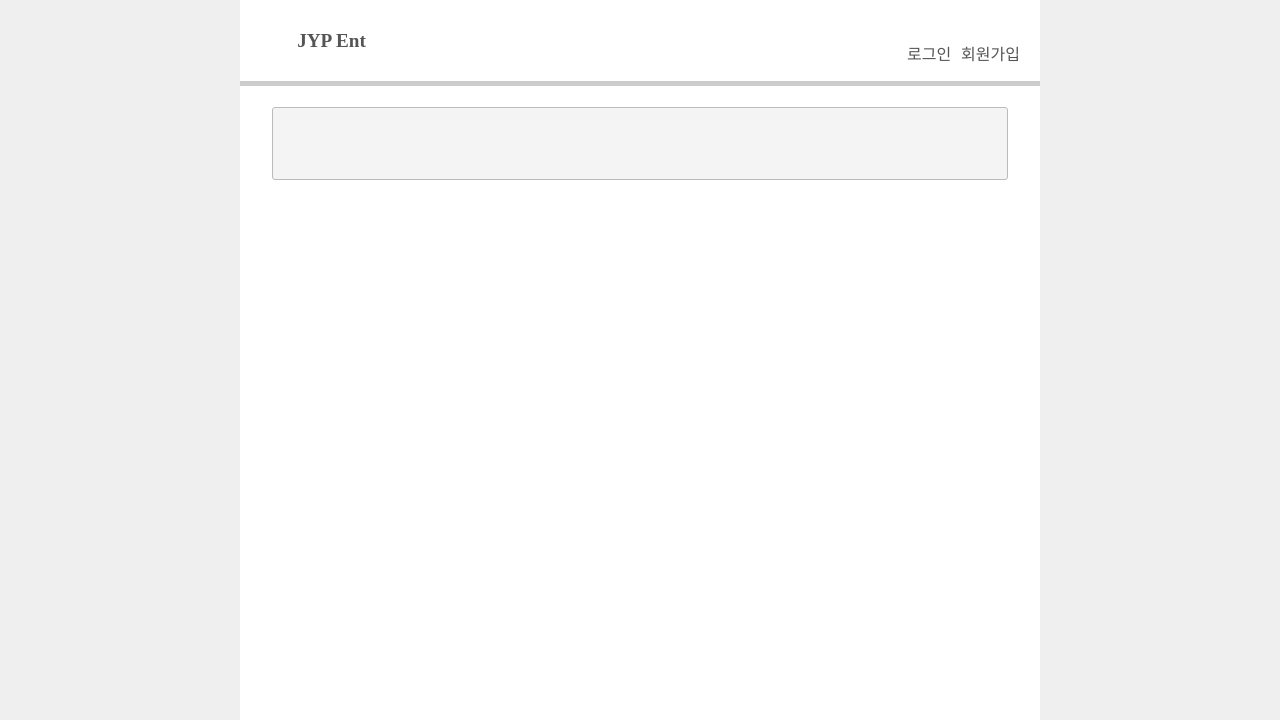
Repository: junyong231/JSP-SSIT
Page: http://localhost/jspPro/days02/ex02.jsp
An editor plug-in stored every save of this project. The page is shown before and after the next save, followed by the edit.
The browser window is 1280 px wide. The pictures show the whole page.
Some web fonts or font styles are not loaded; a fallback is used. The page is served by Tomcat 9. Other server files are loaded and not shown.

Above is the page before, as saved 2024-10-16 05:43:04.

### jspPro/src/main/webapp/days02/ex02.jsp
<%@ page contentType="text/html; charset=UTF-8" pageEncoding="UTF-8"%>
<!DOCTYPE html>
<html>
<head>
<meta charset="UTF-8">
<title>Insert title here</title>
<link rel="shortcut icon" type="image/x-icon" href="http://localhost/jspPro/images/SiSt.ico">
<script src="https://ajax.googleapis.com/ajax/libs/jquery/3.7.1/jquery.min.js"></script>
<meta name="viewport" content="width=device-width, initial-scale=1.0">
<meta name="google" content="notranslate">
<link rel="stylesheet" href="http://localhost/jspPro/resources/cdn-main/example.css">
<script src="http://localhost/jspPro/resources/cdn-main/example.js"></script>
<style>
 span.material-symbols-outlined{
    vertical-align: text-bottom;
 }
</style>
</head>
<body>
<header>
  <h1 class="main"><a href="#" style="position: absolute;top:30px;">JYP Ent</a></h1>
  <ul>
    <li><a href="#">로그인</a></li>
    <li><a href="#">회원가입</a></li>
  </ul>
</header>
<div>
  <xmp class="code">

  </xmp>
</div>
</body>
</html>

### jspPro/src/main/webapp/resources/cdn-main/example.css
@charset "UTF-8";

@import url('https://fonts.googleapis.com/css2?family=Material+Symbols+Outlined:opsz,wght,FILL,GRAD@20..48,100..700,0..1,-50..200');

@font-face {
    font-family: 'GmarketSansMedium';
    src: url('https://cdn.jsdelivr.net/gh/projectnoonnu/noonfonts_2001@1.1/GmarketSansMedium.woff') format('woff');
    font-weight: normal;
    font-style: normal;
}

:root {
	--text-color: #555;
	--sub-text-color: #777;
	--back-color: #EFEFEF;
	--header-color: #444;
	--primary-color: #DEDEDE;
	--secondary-color: #EFEFEF;
	--default-width: 800px;
	--narrow-width: 500px;
	--wide-width: 1200px;
	--text-font: 'GmarketSansMedium';
	--icon-font: 'Material Symbols Outlined';
	--border-color: #CCC;
}

html, body {
	margin: 0;
	padding: 0;
}

html {
	background-color: var(--back-color);
	display: flex;
	justify-content: center;
	min-height: 100vh;
}

body, body.default {
	width: var(--default-width);
	background-color: white;
	padding-bottom: 120px;
}

body.wide {
	width: var(--wide-width);
}

body.narrow {
	width: var(--narrow-width);
}



body, p, div, span, a, input, select, option, textarea, button, table, th, td, label, fieldset, legend {
	font-family: var(--text-font);
	color: var(--text-color);
}

h1, h2, h3 {
	font-family: var(--text-font);
	color: var(--header-color);
	padding: 0 1rem;
	padding-top: .5rem;
}

div > h1, div > h2, div > h3 {
	padding: 0;
}

body > div, body > main > div {
	padding: 0.3rem 1rem;
}


h1 { font-size: 2rem; border-bottom: 1px solid var(--border-color); }
h1 small { font-size: 1.2rem; color: var(--sub-text-color); }
h2 { font-size: 1.5rem; border-bottom: 1px dashed var(--border-color); }
h2 small { font-size: 1.1rem; color: --sub-text-color; }
h3 { font-size: 1.2rem; }
h3 small { font-size: 1rem; color: --sub-text-color; }



h1.main::before {
	font-family: var(--icon-font);
  	content: '\e666';
  	margin-right: 10px;
  	float: left;
	font-size: 2.5rem;
}

h1.sub::before {
	font-family: var(--icon-font);
  	content: '\ea19';
  	margin-right: 10px;
  	float: left;
	font-size: 2.5rem;
}


h1.page::before {
	font-family: var(--icon-font);
  	content: '\e0e0';
  	margin-right: 10px;
  	float: left;
	font-size: 2.5rem;
}

body > header > ul > li > .active{
	background-color: #FFF;
	color:#F00;
}

body > header {
	display: flex;
	justify-content: space-between;
	border-bottom: 5px solid var(--border-color);
	min-height: 74px;
	background-color: #FFF;
}

body > header.sticky {
	position: sticky;
	top: 0;
	z-index: 98;
}

body > header > h1 {
	font-size: 1.2rem;
	border: 0;
}

body > header.in > h1::before {
	font-family: var(--icon-font);
  	content: '\e332‥';
  	margin-right: 3px;
  	float: left;
	font-size: 2rem;
}


body > header > ul {
	list-style-type: none;
	display: flex;
	align-items: flex-end;
	margin-right: 10px;
}

body > header > ul > li {
	margin-right: 10px;
	cursor: pointer;
}

body > header > ul > li > a {
	cursor: pointer;
}


form {
	display: block;
}

form > div {
	padding: 0.3rem 1rem;
}

div > form > div {
	padding: 0.3rem 0;
}

input, textarea, button, select {
	border: 1px solid #BBB;
	border-radius: 3px;
	outline: none;
	resize: none;
	padding: 7px;
	margin: 0;
}

input[type=text]:read-only, textarea:read-only {
	cursor: not-allowed;
	background-color: #FFF;
}

input[type=text]:disabled, textarea:disabled {
	cursor: not-allowed;
	background-color: #EEE;
}

input[type=text], input[type=password], textarea, button, select {
	/* width: 300px; */
}

textarea {
	display: block;
	height: 100px;
}

input[type=button], input[type=submit], button {
	/* width: inherit; */
}

input.short, textarea.short, button.short, select.short {
	width: 100px;
}

input.long, textarea.long, button.long, select.long {
	width: 350px;
}

.narrow input.long, .narrow textarea.long, .narrow button.long, .narrow select.long {
	width: calc(100% - 20px);
}

input.full, textarea.full, button.full, select.full {
	width: calc(100% - 20px);
}

textarea.short {
	height: 50px;
}

textarea.long {
	height: 100px;
}

textarea.full {
	height: 200px;
}

input, textarea {
	padding-top: 8px;
}

input[type=button], input[type=submit], button {
	padding: 5px 10px;
	background-color: var(--secondary-color);
	cursor: pointer;
	min-height: 36px;
}

input[type=button].primary, input[type=submit].primary, button.primary {
	/* background-color: rgba(100, 149, 237, .2); */
	background-color: var(--primary-color);
}

input[type=button].primary:hover, input[type=submit].primary:hover, button.primary:hover {
	/* background-color: rgba(100, 149, 237, .3); */
	background-color: var(--secondary-color);
}

input[type=button]:hover, input[type=submit]:hover, button:hover {
	background-color: var(--primary-color);
}

button {
	position: relative;
	left: 0;
	top: 0;
	padding-left: 35px;
}

button .material-symbols-outlined {
	position: absolute;
	left: 10px;
	top: 4px;
}

/* k2nik add */
button.login::before {
	font-family: var(--icon-font);
  	content: '\ea77';
	position: absolute;
	left: 11px;
	top: 4px;
	font-size: 1.25rem;
}

/* k2nik logout */
button.logout::before {
	font-family: var(--icon-font);
  	content: '\e9ba';
	position: absolute;
	left: 11px;
	top: 4px;
	font-size: 1.25rem;
}

/* k2nik help */
button.help::before {
	font-family: var(--icon-font);
  	content: '\f1c0';
	position: absolute;
	left: 11px;
	top: 4px;
	font-size: 1.25rem;
}

button.add::before{
	font-family: var(--icon-font);
  	content: '\e746';
	position: absolute;
	left: 11px;
	top: 4px;
	font-size: 1.25rem;
}

button.back::before {
	font-family: var(--icon-font);
  	content: '\e166';
	position: absolute;
	left: 11px;
	top: 4px;
	font-size: 1.25rem;
}

button.list::before {
	font-family: var(--icon-font);
  	content: '\e0ee';
	position: absolute;
	left: 11px;
	top: 4px;
	font-size: 1.25rem;
}


button.del::before {
	font-family: var(--icon-font);
  	content: '\e872';
	position: absolute;
	left: 11px;
	top: 4px;
	font-size: 1.25rem;
}


button.edit::before {
	font-family: var(--icon-font);
  	content: '\e745';
	position: absolute;
	left: 11px;
	top: 4px;
	font-size: 1.25rem;
}


button.login::before {
	font-family: var(--icon-font);
  	content: '\ea77';
	position: absolute;
	left: 11px;
	top: 4px;
	font-size: 1.25rem;
}


button.logout::before {
	font-family: var(--icon-font);
  	content: '\e9ba';
	position: absolute;
	left: 11px;
	top: 4px;
	font-size: 1.25rem;
}


button.in::before {
	font-family: var(--icon-font);
  	content: '\f71a';
	position: absolute;
	left: 11px;
	top: 4px;
	font-size: 1.25rem;
}


button.out::before {
	font-family: var(--icon-font);
  	content: '\f70e';
	position: absolute;
	left: 11px;
	top: 4px;
	font-size: 1.25rem;
}


button.reply::before {
	font-family: var(--icon-font);
  	content: '\e15e';
	position: absolute;
	left: 11px;
	top: 4px;
	font-size: 1.25rem;
}


button.comment::before {
	font-family: var(--icon-font);
  	content: '\e0b9';
	position: absolute;
	left: 11px;
	top: 4px;
	font-size: 1.25rem;
}


button.modal::before {
	font-family: var(--icon-font);
  	content: '\e89e';
	position: absolute;
	left: 11px;
	top: 4px;
	font-size: 1.25rem;
}


button.ok::before {
	font-family: var(--icon-font);
  	content: '\e86c';
	position: absolute;
	left: 11px;
	top: 4px;
	font-size: 1.25rem;
}


button.cancel::before {
	font-family: var(--icon-font);
  	content: '\e5c9';
	position: absolute;
	left: 11px;
	top: 4px;
	font-size: 1.25rem;
}

button.search::before {
	font-family: var(--icon-font);
  	content: '\e8b6';
	position: absolute;
	left: 11px;
	top: 4px;
	font-size: 1.25rem;
}

button.home::before {
	font-family: var(--icon-font);
  	content: '\e88a';
	position: absolute;
	left: 11px;
	top: 4px;
	font-size: 1.25rem;
}


button.sidebar::before {
	font-family: var(--icon-font);
  	content: '\f7e4';
	position: absolute;
	left: 11px;
	top: 4px;
	font-size: 1.25rem;
}


button.sidebar-right::before {
	font-family: var(--icon-font);
  	content: '\f7e5';
	position: absolute;
	left: 11px;
	top: 4px;
	font-size: 1.25rem;
}




button::before {
	font-family: var(--icon-font);
  	content: '\e323';
	position: absolute;
	left: 11px;
	top: 4px;
	font-size: 1.25rem;
}


table {
	border-collapse: collapse;
	margin: 1rem;
	box-sizing: border-box;
	width: calc(100% - 32px);
}

table.content {
	width: auto;
}

div > table {
	margin: 0;
}

table th, table td {
	border: 1px solid var(--border-color);
	padding: 7px;
	font-weight: normal;
}

table th {
	background-color: var(--back-color);
}

table.vertical th {
	width: 150px;
}

table.vertical td {
	width: calc(100% - 182px);
	padding-left: 10px;
}

table.content td, table.content th {
	width: auto;
}

body.narrow table.vertical th {
	width: 100px;
}

body.narrow table.vertical td {
	width: calc(100% - 182px);
}


table + table {
	margin-top: 30px;
}


p {
	padding: 0 1rem;
}

a {
	text-decoration: none;
}

a:hover {
	color: rgba(255, 99, 71, .7);
}

hr {
	border: 0;
	border-top: 1px solid var(--border-color);
	margin: 2rem 0;
}

.message {
	border: 1px solid var(--border-color);
	background-color: #EFEFEF;
	margin: 1rem;
	width: auto;
	padding-top: 10px;
	padding-bottom: 10px;
	font-size: 14px;
}

.message[title]::before {
	content: attr(title);
	display: block;
	border-bottom: 1px solid var(--border-color);
	padding-bottom: 5px;
	margin-bottom: 10px;
	margin-top: 7px;
}

.message.short {
	max-width: 250px;
}

.message.long {
	max-width: 500px;
}

.badge {
	float: right;
	font-size: .8rem;
	margin-top: 2px;
	margin-right: 2px;
	text-shadow: 0 0 7px gray;
}

.badge.left {
	float: none;
	margin-left: 2px;
}

.badge.right {
	float: right;
}

.badge.red {
	border-radius: 50%;
	padding: 2px 5px;
	background-color: rgb(255, 99, 71, .3);
}

.badge.yellow {

	border-radius: 50%;
	padding: 2px 5px;
	background-color: rgb(255, 215, 0, .5);
}

.badge.blue {
	border-radius: 50%;
	padding: 2px 5px;
	background-color: rgb(100, 149, 237, .3);
}

label + label {
	margin-left: 7px;
}

label input[type=checkbox], label input[type=radio] {
	transform: translate(0, 1px);
}

.group {
	display: flex;
}

.modal-content .group {
	margin-bottom: .5rem;
}

.group label {
	border: 1px solid #BBB;
	border-radius: 3px;
	outline: none;
	resize: none;
	padding: 7px 14px;
	margin: 0;
	border-top-right-radius: 0;
	border-bottom-right-radius: 0;
	background-color: #EFEFEF;
	white-space: nowrap;
	font-size: 14px;
}

.group input[type=text] {
	margin-left: -1px;
	border-top-left-radius: 0;
	border-bottom-left-radius: 0;
}

.group select {
	margin-left: -1px;
	border-top-left-radius: 0;
	border-bottom-left-radius: 0;
}

.group input.full[type=text] {
	margin-left: -1px;
	border-top-left-radius: 0;
	border-bottom-left-radius: 0;
	width: 100%;
}

.group input[type=button]:first-child, .group button:first-child {
	border-top-left-radius: 3px;
	border-bottom-left-radius: 3px;
	margin-left: 0px;
}

.group input[type=button], .group button {
	border-radius: 0;
	margin-left: -1px;
}

.group input[type=button]:last-child, .group button:last-child {
	margin-left: -1px;
	border-top-right-radius: 3px;
	border-bottom-right-radius: 3px;
}

.seperate {
	display: flex;
	justify-content: space-between;
}

div.list {
	width: max-content;
	margin: 1rem;
	border: 1px solid #BBB;
	border-radius: 3px;
	padding: 0;
}

div.list.full {
	width: auto;
	display: block;
	margin: 1rem;
	border: 1px solid #BBB;
	border-radius: 3px;
	padding: 0;
}

div.list > div {
	padding: .5rem 1rem;
	margin: 0;
	border-bottom: 1px solid #BBB;
}

div.list > div:last-child {
	border-bottom: 0;
}

pre.code , xmp.code{
	font-family: consols;
	background-color: rgba(150, 150, 150, .1);
	border: 1px solid #BBB;
	border-radius: 3px;
	padding: .5rem 1rem;
	padding-bottom: .6rem;
	margin: 1rem;
}




*[data-modal-window] {
	position: fixed;
	background-color: rgba(0, 0, 0, .3);
	left: 0;
	top: 0;
	display: none;
	justify-content: center;
	align-items: flex-start;
	width: 100%;
	min-height: 100vh;
	z-index: 100;
	opacity: 0;
	transition: 500ms all;
}

*[data-modal-window] .modal-container {
	border-radius: 5px;
	padding: 1rem;
	padding-bottom: .5rem;
	margin-top: -500px;
	opacity: 0;
	width: 500px;
	background-color: #FFF;
	margin-right: 2rem;
	transition: 500ms all;
}

*[data-modal-size=content] .modal-container {
	width: auto;
}

*[data-modal-size=narrow] .modal-container {
	width: 300px;
}

*[data-modal-size=wide] .modal-container {
	width: 760px;
}


*[data-modal-window] .modal-header {
	border-bottom: 1px solid var(--border-color);
	padding: 2px 5px;
}

*[data-modal-window] .modal-content {
	padding: 1rem 5px;
}

*[data-modal-window] .modal-content div:last-child {
	margin-top: 1rem;
	text-align: right;
}



*[data-sidebar-window] {
	position: fixed;
	background-color: #FFF;
	left: 0;
	top: 0;
	display: block;
	width: 300px;
	border-right: 1px solid var(--border-color);
	box-sizing: border-box;
	box-shadow: 0 0 3px var(--back-color);
	min-height: 100vh;
	z-index: 99;
	transform: translate(-300px, 0);
	transition-duration: 500ms;
	transition-property: transform;
}

*[data-sidebar-direction=right] {
	left: auto;
	right: 0;
	transform: translate(300px, 0);
	border-left: 1px solid var(--border-color);
}

*[data-sidebar-size=wide] {
	width: 500px;
	transform: translate(-500px, 0);
}

*[data-sidebar-window] .sidebar-title {
	border-bottom: 1px solid var(--border-color);
	margin-top: 20px;
	margin-bottom: 20px;
	padding-bottom: 5px;
	display: flex;
	justify-content: space-between;
}

*[data-sidebar-window] .sidebar-title span:last-child {
	cursor: pointer;
}


/* K2Nik pagination */
.center {
  text-align: center;
}

.pagination {
  display: inline-block;
}

.pagination a {
  color: black;
  float: left;
  padding: 3px 6px;
  text-decoration: none;
  transition: background-color .3s;
  border: 1px solid #ddd;
  margin: 0 3px;
}

.pagination a.active {
  background-color: #4CAF50;
  color: white;
  border: 1px solid #4CAF50;
}

.pagination a:hover:not(.active) {background-color: #ddd;}

### jspPro/src/main/webapp/resources/cdn-main/example.js

window.onload = () => {

    const list = document.querySelectorAll('input, textarea');

    list.forEach(item => {
        item.setAttribute('autocomplete', 'off');
    });


    const modal_btn_list = document.querySelectorAll('*[data-modal-button]');

    modal_btn_list.forEach(item => {
        item.onclick = function() {

            const name = this.dataset['modalButton'];
            const modal_window = document.querySelector('*[data-modal-window=' + name);

            const container = document.createElement('div');
            container.className = 'modal-container';



            const modal_header = document.createElement('div');
            modal_header.textContent = modal_window.dataset['modalTitle'];
            modal_header.className = 'modal-header';
            container.appendChild(modal_header);

            const modal_content = document.createElement('div');
            modal_content.className = 'modal-content';
            container.appendChild(modal_content);

            Array.from(modal_window.childNodes).forEach(item => {
                modal_content.appendChild(item);
            });

            modal_window.appendChild(container);

            modal_window.style.display = 'flex';

            setTimeout(() => {
                modal_window.style.opacity = 1;
                container.style.marginTop = '20px';
                container.style.opacity = 1;
            }, 50);


            const modal_ok = document.querySelector('*[data-modal-ok=' + name);
            modal_ok.addEventListener('click', function() {
                modal_window.style.opacity = 0;
                container.style.marginTop = '-500px';
                container.style.opacity = 0;

                setTimeout(() => {
                    modal_window.innerHTML = modal_content.innerHTML;
                    modal_window.style.display = 'none';
                }, 500);

            });

            const modal_cancel = document.querySelector('*[data-modal-cancel=' + name);
            modal_cancel.addEventListener('click', function() {

                modal_window.style.opacity = 0;
                container.style.marginTop = '-500px';
                container.style.opacity = 0;

                setTimeout(() => {
                    modal_window.innerHTML = modal_content.innerHTML;
                    modal_window.style.display = 'none';
                }, 500);
            });


        };
    });


    const sidebar_btn_list = document.querySelectorAll('*[data-sidebar-button]');

    sidebar_btn_list.forEach(item => {
        item.onclick = function() {



            const name = this.dataset['sidebarButton'];
            const sidebar_window = document.querySelector('*[data-sidebar-window=' + name);

            if (sidebar_window.style.transform == 'translate(0px, 0px)') return;



            sidebar_window.style.transform = 'translate(0, 0)';

            const sidebar_title = document.createElement('div');
            sidebar_title.className = 'sidebar-title';
            sidebar_title.innerHTML = '<span>' + sidebar_window.dataset['sidebarTitle'] + '</span><span class="material-symbols-outlined">close</span>';

            sidebar_title.children[1].onclick = function() {

                let sign = 1;
                let distance = 300;

                if (sidebar_window.dataset['sidebarDirection'] != 'right') {
                    sign = -1;
                } else {
                    sign = 1;
                }

                if (sidebar_window.dataset['sidebarSize'] != 'wide') {
                    distance = 300;
                } else {
                    distance = 500;
                }

                distance *= sign;

                sidebar_window.style.transform = 'translate(' + distance + 'px, 0)';

                setTimeout(function() {
                    sidebar_window.removeChild(sidebar_window.children[0]);
                }, 500);
            };


            sidebar_window.prepend(sidebar_title);

        }
    });

};

// window.onkeydown = function(event) {

//     if (event.keyCode == 27) {
//         if (document.querySelector('[data-modal-window').style.display == 'flex') {
//             document.querySelector('[data-modal-window').style.display = 'none';
//         }
//     }

// };

After the next save:
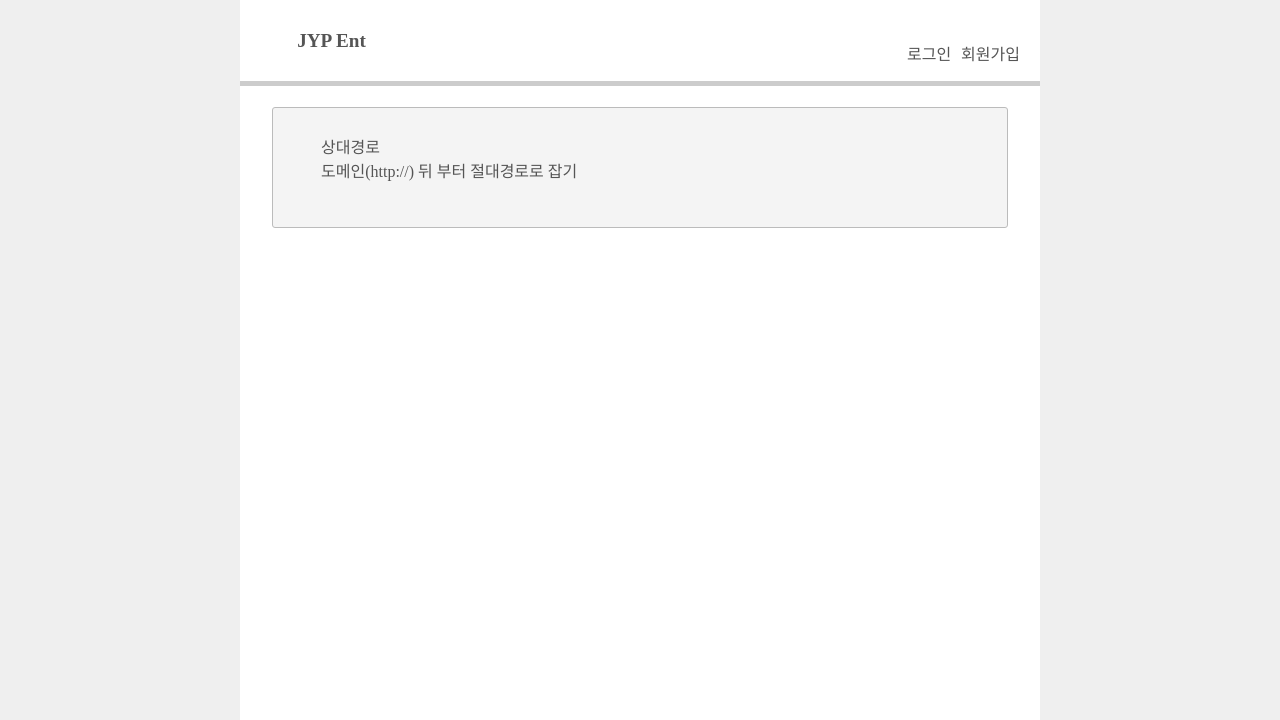
Saved 62 s later.
--- a/jspPro/src/main/webapp/days02/ex02.jsp
+++ b/jspPro/src/main/webapp/days02/ex02.jsp
@@ -26,6 +26,8 @@
 </header>
 <div>
   <xmp class="code">
+    	상대경로
+    	도메인(http://) 뒤 부터 절대경로로 잡기
 
   </xmp>
 </div>
